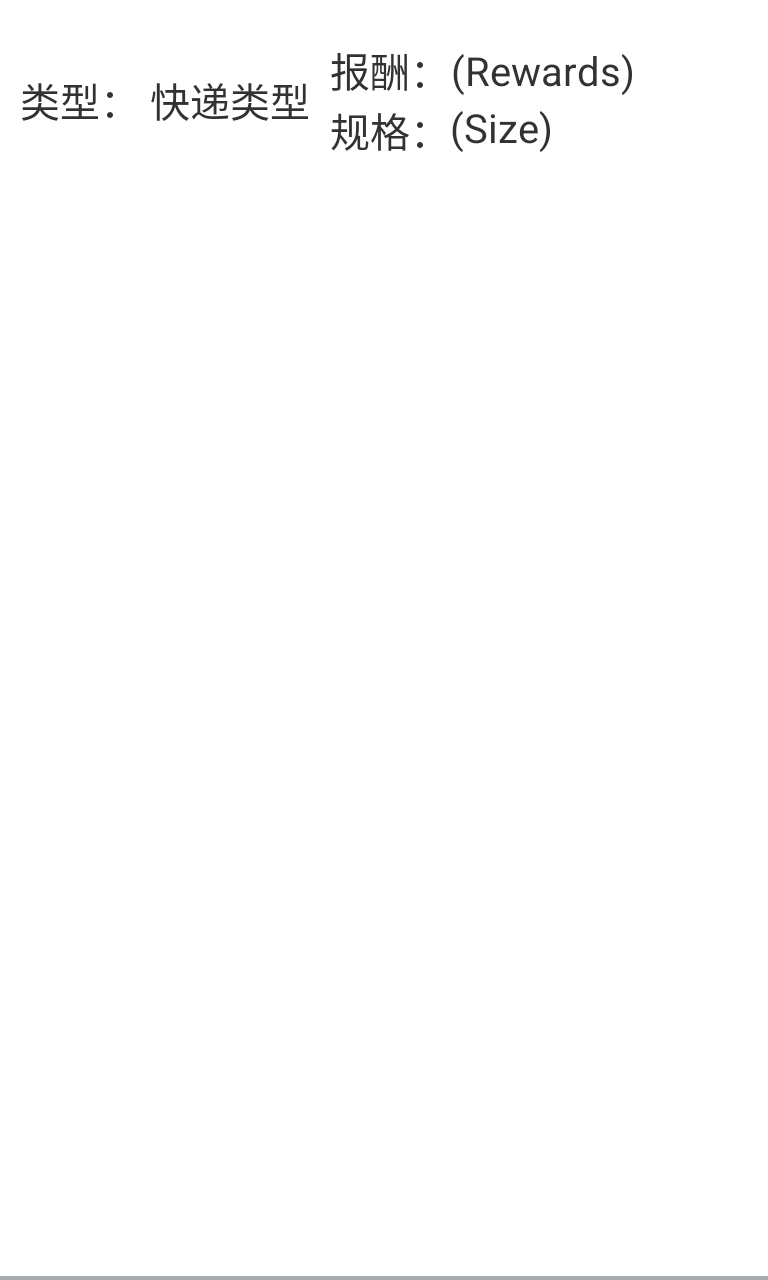
Repository: fariashen/campus-express
Layout: easyCourier/res/layout/item_request.xml
An editor plug-in stored every save of this project. The layout is shown before and after the next save, followed by the edit.
It is drawn on a 768 x 1280 px phone screen (xhdpi) without system bars, with theme AppTheme; the app's code is not run. The app's manifest (not shown) leaves right-to-left support off. So textAlignment, textDirection and layoutDirection are ignored, and left and right values win over start and end ones.

Above is the layout before, as saved 2016-04-25 09:55:41.

### easyCourier/res/layout/item_request.xml
<?xml version="1.0" encoding="utf-8"?>
<RelativeLayout xmlns:android="http://schemas.android.com/apk/res/android"
    android:layout_width="match_parent"
    android:layout_height="wrap_content"
    android:orientation="vertical"
    android:paddingTop="20dp"
    android:background="@drawable/requestdetailshape">

    <TextView
        android:id="@+id/tv_tip_itemKinds"
        android:layout_width="wrap_content"
        android:layout_height="wrap_content"
        android:layout_marginLeft="10dp"
        android:layout_marginTop="15dp"
        android:text="类型："
        android:textSize="20sp" />

    <TextView
        android:id="@+id/tv_itemKinds"
        android:layout_width="90dp"
        android:layout_height="wrap_content"
        android:layout_marginTop="15dp"
        android:layout_marginLeft="5dp"
        android:layout_toEndOf="@id/tv_tip_itemKinds"
        android:text="快递类型"
        android:textSize="20sp" />

    <TextView
        android:id="@+id/tv_tip_itemReward"
        android:layout_width="wrap_content"
        android:layout_height="30dp"
        android:layout_toEndOf="@id/tv_itemKinds"
        android:text="报酬："
        android:textSize="20sp" />

    <TextView
        android:id="@+id/tv_itemReward"
        android:layout_width="wrap_content"
        android:layout_height="30dp"
        android:layout_toEndOf="@id/tv_tip_itemReward"
        android:gravity="center"
        android:text="(Rewards)"
        android:textSize="20sp" />



    <TextView
        android:id="@+id/tv_tip_itemSize"
        android:layout_width="wrap_content"
        android:layout_height="30dp"
        android:layout_toEndOf="@id/tv_itemKinds"
        android:layout_below="@id/tv_tip_itemReward"
        android:text="规格："
        android:textSize="20sp" />

    <TextView
        android:id="@+id/tv_itemSize"
        android:layout_width="wrap_content"
        android:layout_height="30dp"
        android:layout_below="@id/tv_itemReward"
        android:layout_toEndOf="@id/tv_tip_itemSize"
        android:text="(Size)"
        android:textSize="20sp" />

</RelativeLayout>

### easyCourier/res/drawable/requestdetailshape.xml
<layer-list xmlns:android="http://schemas.android.com/apk/res/android">
<!-- This is the main color -->
<item>
  <shape>
        <solid android:color="#ffa8abad" />
  </shape>
</item>
<!-- This is the line -->
<item android:bottom="2dp">
 <shape>
       <solid android:color="#FFFFFF" />
 </shape>
</item>
</layer-list>

Loaded but not shown: easyCourier/res/values/styles.xml (common file); easyCourier/res/values-v11/styles.xml (common file); easyCourier/res/values-v14/styles.xml (common file)

After the next save:
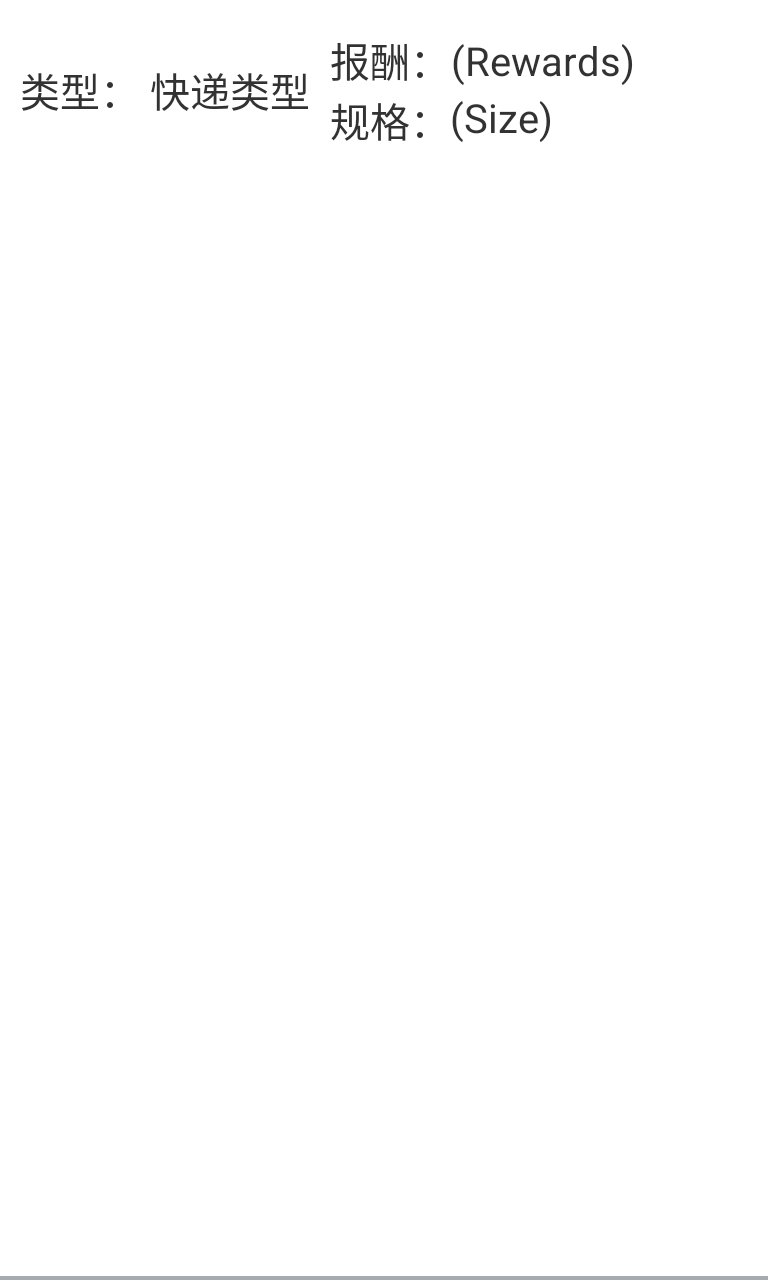
Saved 39 s later.
--- a/easyCourier/res/layout/item_request.xml
+++ b/easyCourier/res/layout/item_request.xml
@@ -3,7 +3,8 @@
     android:layout_width="match_parent"
     android:layout_height="wrap_content"
     android:orientation="vertical"
-    android:paddingTop="20dp"
+    android:paddingTop="15dp"
+    android:paddingBottom="10dp"
     android:background="@drawable/requestdetailshape">
 
     <TextView
